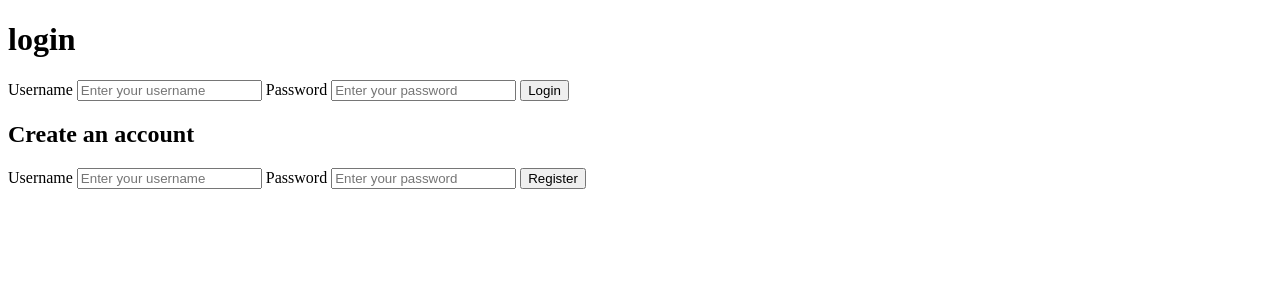
Repository: bao2222/hoc-lam-web
Page: welcome.html
These files come from the project's save history. The page is drawn as it stood at one moment and after the next save; the edit follows.
The browser window is 1280 px wide. The pictures show the whole page.

Above is the page before, as saved 2024-12-30 08:50:25.

### welcome.html
<!DOCTYPE html>
<html lang="en">

    <head>
        <meta charset="UTF-8">
        <title>Welcome</title>
        <meta content = "this is my website" name = "description">
        <meta author = "me">




    </head>

    <body>
        <h1>login</h1>
        <div>
            <div class="login">
                <form action="project.js" method="POST" >

                    <label for="username">Username</label>
                    <input type="text" id="username" placeholder="Enter your username" name="username" required>

                    <label for="password">Password</label>
                    <input type="password" id="password" placeholder="Enter your password" name="password" required>

                    <button type="submit">Login</button>

                </form>
            </div>

            <h2>Create an account</h2>
            <div>
                <div class="register">
                    <form action="project.js" method="POST" >

                        <label for="register_username">Username</label>
                        <input type="text" id="register_username" placeholder="Enter your username" name="register_username" required>

                        <label for="register_password">Password</label>
                        <input type="password" id="register_password" placeholder="Enter your password" name="password" required>

                        <button type="submit">Register</button>

                    </form>



                </div>


            </div>



        </div>





    </body>





</html>

After the next save:
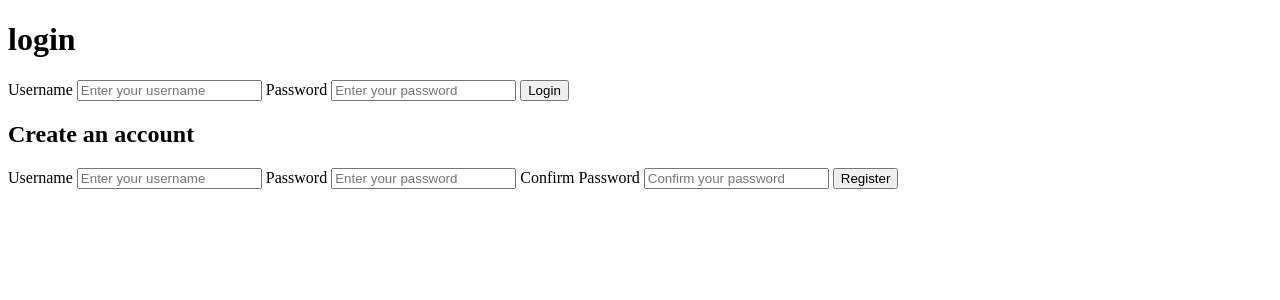
Saved 35 s later.
--- a/welcome.html
+++ b/welcome.html
@@ -40,6 +40,9 @@
                         <label for="register_password">Password</label>
                         <input type="password" id="register_password" placeholder="Enter your password" name="password" required>
 
+                        <label for="register_password2">Confirm Password</label>
+                        <input type="password" id="register_password2" placeholder="Confirm your password" name="password" required>
+
                         <button type="submit">Register</button>
 
                     </form>
